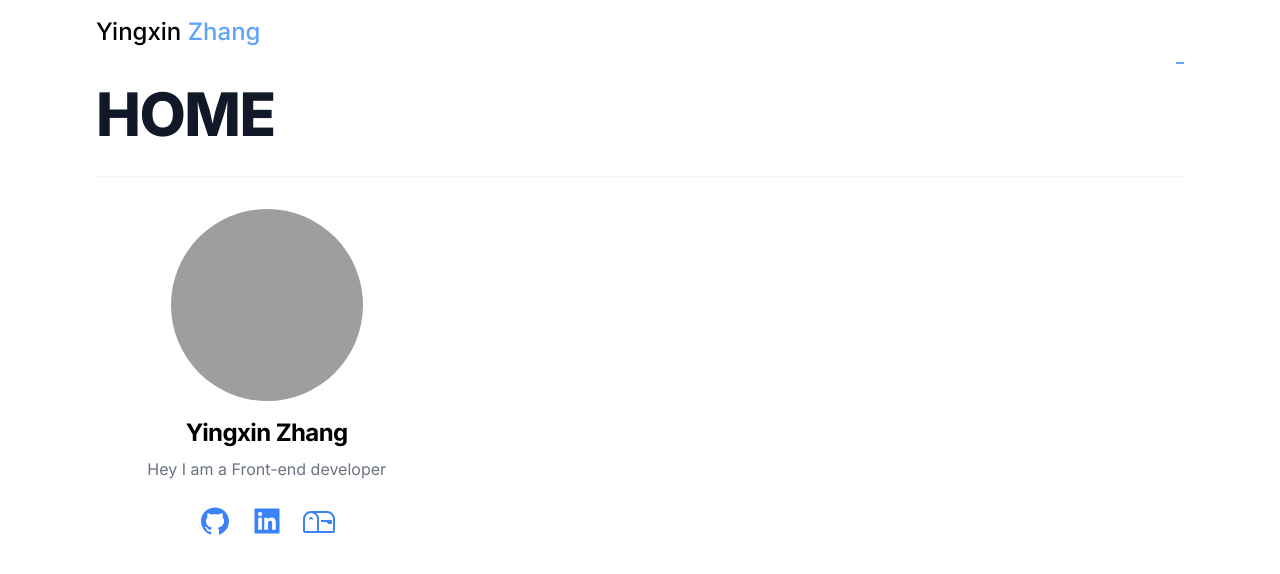
Repository: Tracy-maker/projects_collection
Page: /
The author's editor kept a copy of each file at every save. The page is drawn from the files as they stood at one save, then again after the next save.
The browser window is 1280 px wide. The pictures show the whole page.
Pictures or frames that could not be fetched are drawn as grey boxes. The project was rebuilt for these pictures with package versions that can differ from the ones it lists, and the page was loaded fresh each time. The framework's server and built-in components were replaced by stand-ins that run in the browser. Also part of the build but not shown: next.config.js.

Above is the page before, as saved 2023-09-14 18:38:38.

After the next save:
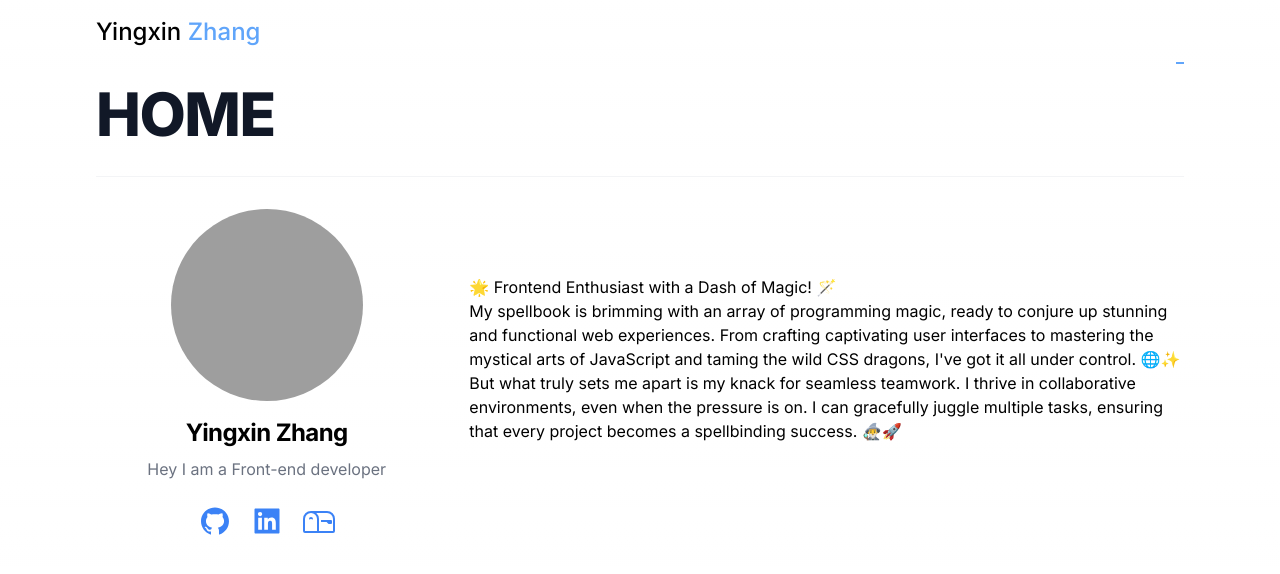
Saved 7 min 13 s later.
--- a/app/page.tsx
+++ b/app/page.tsx
@@ -57,8 +57,20 @@ export default function Home() {
           </div>
         </div>
         <div className="prose max-w-none prose-lg pt-8 pb-7 dark:prose-invert xl:col-span-2">
-
-
+          <p>🌟 Frontend Enthusiast with a Dash of Magic! 🪄</p>
+          <p>
+            My spellbook is brimming with an array of programming magic, ready
+            to conjure up stunning and functional web experiences. From crafting
+            captivating user interfaces to mastering the mystical arts of
+            JavaScript and taming the wild CSS dragons, I've got it all under
+            control. 🌐✨
+          </p>
+          <p>
+            But what truly sets me apart is my knack for seamless teamwork. I
+            thrive in collaborative environments, even when the pressure is on.
+            I can gracefully juggle multiple tasks, ensuring that every project
+            becomes a spellbinding success. 🧙‍♂️🚀
+          </p>
         </div>
       </div>
     </div>
